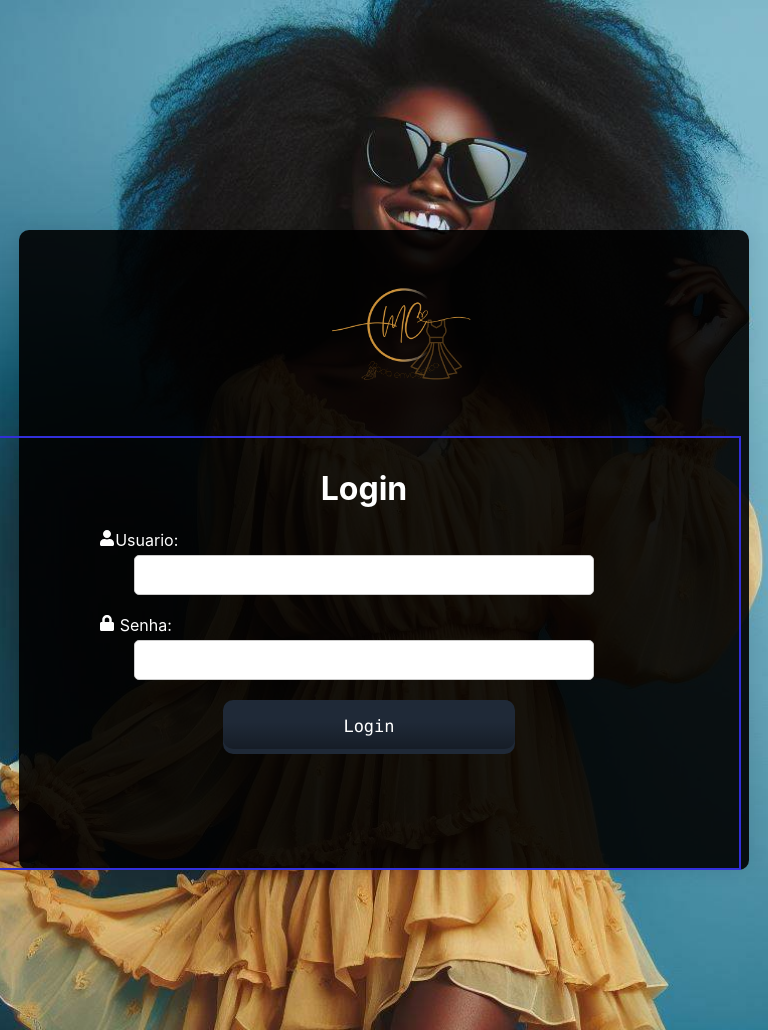
Repository: Mixchelle/ecommerce-moda-evangelica
Page: /login-admin
An editor plug-in stored every save of this project. The page is shown before and after the next save, followed by the edit.
The browser window is 768 px wide. The pictures show the whole page.
The project was rebuilt for these pictures with package versions that can differ from the ones it lists, and the page was loaded fresh each time. Also part of the build but not shown: src/components/Header.js, src/components/CategoriesFilter.js, src/pages/Home.js, src/pages/Login.js, src/pages/Admin.js, src/pages/Cart.js.

Above is the page before, as saved 2024-04-29 22:31:01.

After the next save:
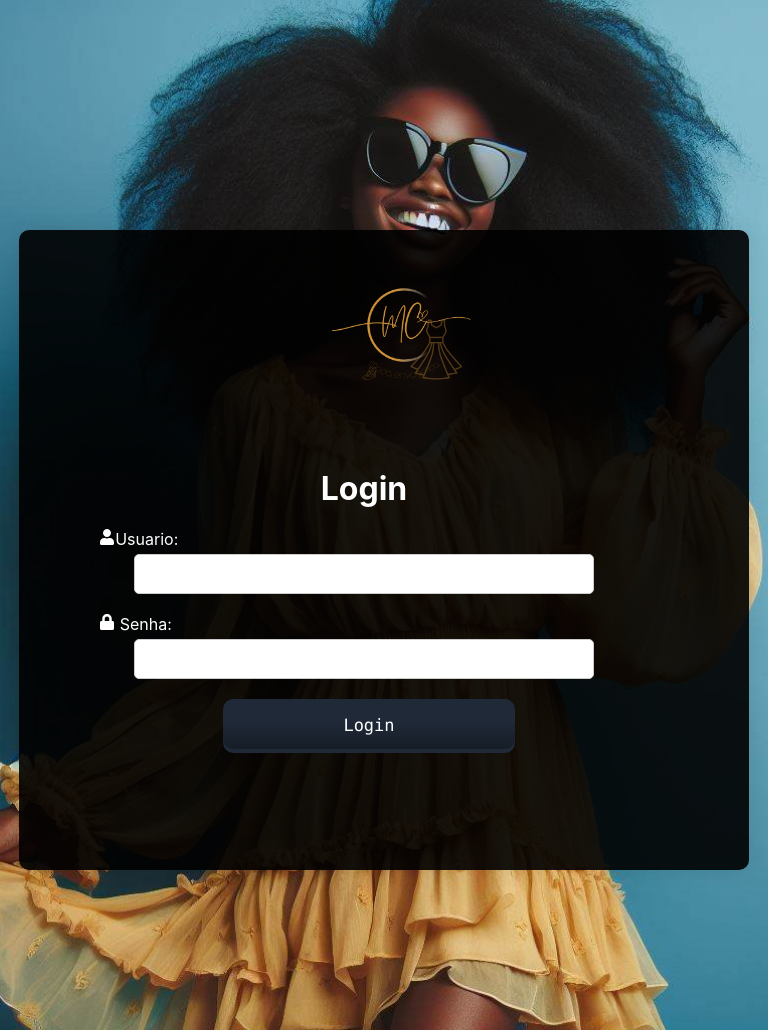
Saved 5 s later.
--- a/src/style/Login.css
+++ b/src/style/Login.css
@@ -164,7 +164,6 @@
 
   .form-container {
     flex: 2;
-border:2px rgb(50, 47, 219) solid;
 width: 100%;
 padding: 10px;
 
